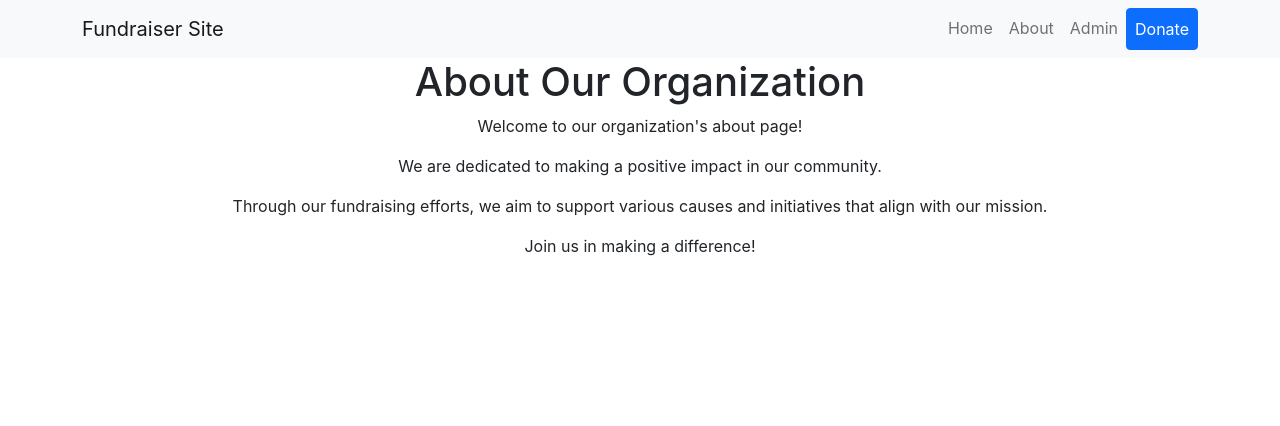
Repository: DragonFruit8/Fundraiser-Page
Page: /about
These files come from the project's save history. The page is drawn as it stood at one moment and after a run of saves; the edit follows.
The browser window is 1280 px wide. The pictures show the whole page.
The project was rebuilt for these pictures with package versions that can differ from the ones it lists, and the page was loaded fresh each time. Also part of the build but not shown: src/pages/Home.js, src/pages/Donate.js, src/pages/Admin.js.

Above is the page before, as saved 2024-07-19 12:47:03.

### public/index.html
<!DOCTYPE html>
<html lang="en">
  <head>
    <meta charset="utf-8" />
    <link rel="icon" href="%PUBLIC_URL%/favicon.ico" />
    <meta name="viewport" content="width=device-width, initial-scale=1" />
    <meta name="theme-color" content="#000000" />
    <meta
      name="description"
      content="Web site created using create-react-app"
    />
    <link rel="apple-touch-icon" href="%PUBLIC_URL%/logo192.png" />
    <link
      href="https://cdn.jsdelivr.net/npm/bootstrap@5.0.2/dist/css/bootstrap.min.css"
      rel="stylesheet"
      integrity="sha384-EVSTQN3/azprG1Anm3QDgpJLIm9Nao0Yz1ztcQTwFspd3yD65VohhpuuCOmLASjC"
      crossorigin="anonymous"
    />
    <!--
      manifest.json provides metadata used when your web app is installed on a
      user's mobile device or desktop. See https://developers.google.com/web/fundamentals/web-app-manifest/
    -->
    <link rel="manifest" href="%PUBLIC_URL%/manifest.json" />
    <!--
      Notice the use of %PUBLIC_URL% in the tags above.
      It will be replaced with the URL of the `public` folder during the build.
      Only files inside the `public` folder can be referenced from the HTML.

      Unlike "/favicon.ico" or "favicon.ico", "%PUBLIC_URL%/favicon.ico" will
      work correctly both with client-side routing and a non-root public URL.
      Learn how to configure a non-root public URL by running `npm run build`.
    -->
    <title>React App</title>
  </head>
  <body>
    <noscript>You need to enable JavaScript to run this app.</noscript>
    <div id="root"></div>
    <!--
      This HTML file is a template.
      If you open it directly in the browser, you will see an empty page.

      You can add webfonts, meta tags, or analytics to this file.
      The build step will place the bundled scripts into the <body> tag.

      To begin the development, run `npm start` or `yarn start`.
      To create a production bundle, use `npm run build` or `yarn build`.
    -->
    <script
      src="https://cdn.jsdelivr.net/npm/bootstrap@5.0.2/dist/js/bootstrap.bundle.min.js"
      integrity="sha384-MrcW6ZMFYlzcLA8Nl+NtUVF0sA7MsXsP1UyJoMp4YLEuNSfAP+JcXn/tWtIaxVXM"
      crossorigin="anonymous"
    ></script>
    <script
      src="https://cdn.jsdelivr.net/npm/@popperjs/core@2.9.2/dist/umd/popper.min.js"
      integrity="sha384-IQsoLXl5PILFhosVNubq5LC7Qb9DXgDA9i+tQ8Zj3iwWAwPtgFTxbJ8NT4GN1R8p"
      crossorigin="anonymous"
    ></script>
    <script
      src="https://cdn.jsdelivr.net/npm/bootstrap@5.0.2/dist/js/bootstrap.min.js"
      integrity="sha384-cVKIPhGWiC2Al4u+LWgxfKTRIcfu0JTxR+EQDz/bgldoEyl4H0zUF0QKbrJ0EcQF"
      crossorigin="anonymous"
    ></script>
  </body>
</html>

### src/App.js
import React from 'react';
import { BrowserRouter as Router, Route, Routes } from 'react-router-dom';
import Home from './pages/Home';
import About from './pages/About';
import Donate from './pages/Donate';
import Admin from './pages/Admin';
import Navbar from './components/Navbar';

const App = () => {
  return (
    <Router>
      <Navbar />
      <Routes>
        <Route path="/" element={<Home />} />
        <Route path="/about" element={<About />} />
        <Route path="/donate" element={<Donate />} />
        <Route path="/admin" element={<Admin />} />
      </Routes>
    </Router>
  );
};

export default App;

### src/pages/About.js
import React from 'react';

const About = () => {
    return (
        <div className="container col h-100 justify-content-center align-items-center">
            <h1 className="text-center">About Our Organization</h1>
            <div className="row justify-content-center align-items-center">
                <div className="col-md-12" style={{ textAlign: 'center' }}>
                    <p>Welcome to our organization's about page!</p>
                    <p>We are dedicated to making a positive impact in our community.</p>
                    <p>Through our fundraising efforts, we aim to support various causes and initiatives that align with our mission.</p>
                    <p>Join us in making a difference!</p>
                </div>
            </div>
        </div>
    );
};

export default About;

### src/components/Navbar.js
import React from 'react';
import { Link } from 'react-router-dom';

const Navbar = () => {
    return (
        <nav className="navbar navbar-expand-lg navbar-light bg-light">
            <div className="container">
                <Link className="navbar-brand" to="/">Fundraiser Site</Link>
                <button className="navbar-toggler" type="button" data-bs-toggle="collapse" data-bs-target="#navbarNav" aria-controls="navbarNav" aria-expanded="false" aria-label="Toggle navigation">
                    <span className="navbar-toggler-icon"></span>
                </button>
                <div className="collapse navbar-collapse" id="navbarNav">
                    <ul className="navbar-nav ms-auto">
                        <li className="nav-item">
                            <Link className="nav-link" to="/">Home</Link>
                        </li>
                        <li className="nav-item">
                            <Link className="nav-link" to="/about">About</Link>
                        </li>
                        <li className="nav-item">
                            <Link className="nav-link" to="/admin">Admin</Link>
                        </li>
                        <li className="nav-item">
                            <Link className="nav-link btn btn-primary text-white" to="/donate">Donate</Link>
                        </li>
                    </ul>
                </div>
            </div>
        </nav>
    );
}

export default Navbar;

Loaded but not shown: src/index.js (common file); src/index.css (common file)

After the next 9 saves:
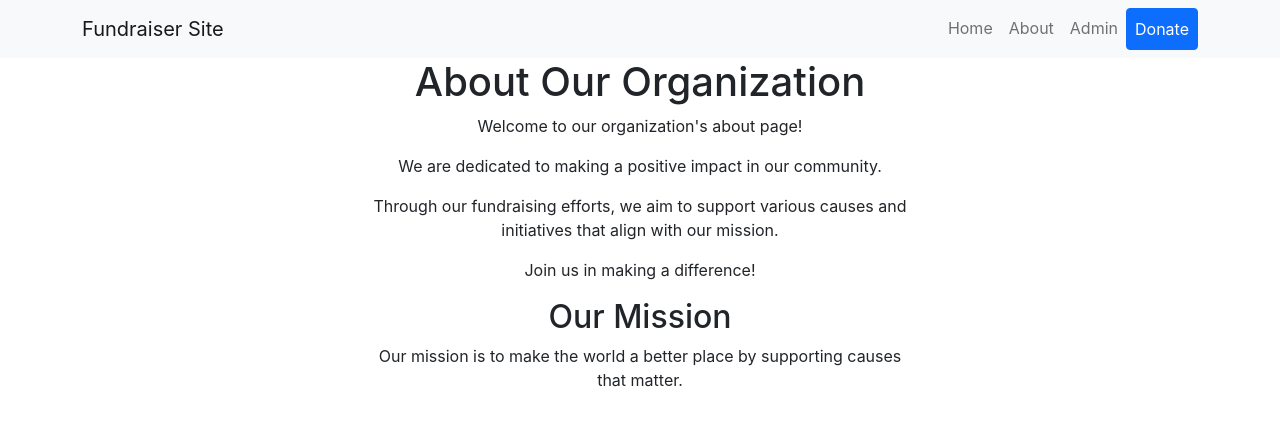
The 9 saves are shown as one change because 1 did not build or start and some came seconds apart.
The last was saved 25 s later.
--- a/src/pages/About.js
+++ b/src/pages/About.js
@@ -5,11 +5,18 @@ const About = () => {
         <div className="container col h-100 justify-content-center align-items-center">
             <h1 className="text-center">About Our Organization</h1>
             <div className="row justify-content-center align-items-center">
-                <div className="col-md-12" style={{ textAlign: 'center' }}>
+                <div className="col-md-6" style={{ textAlign: 'center' }}>
                     <p>Welcome to our organization's about page!</p>
                     <p>We are dedicated to making a positive impact in our community.</p>
                     <p>Through our fundraising efforts, we aim to support various causes and initiatives that align with our mission.</p>
                     <p>Join us in making a difference!</p>
+                </div>
+
+            </div>
+            <div className="row justify-content-center align-items-center">
+                <div className="col-md-6" style={{ textAlign: 'center' }}>
+                    <h2>Our Mission</h2>
+                    <p>Our mission is to make the world a better place by supporting causes that matter.</p>
                 </div>
             </div>
         </div>
